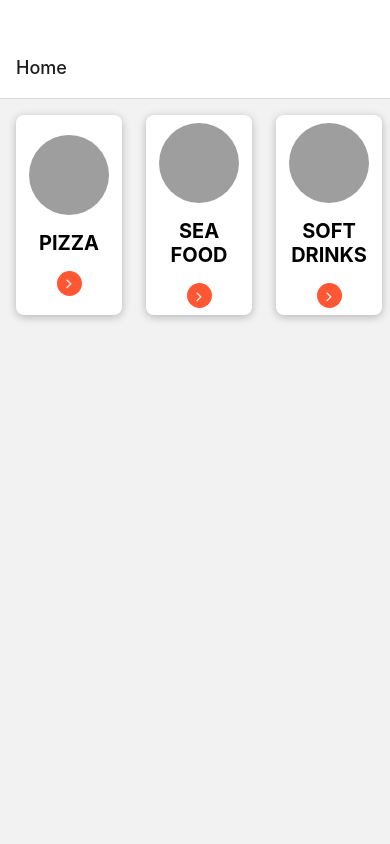
Repository: Esraa22M/ReactNative
Screen: /
These files come from the project's save history. The screen is drawn as it stood at one moment and after the next save; the edit follows.
Pictures or frames that could not be fetched are drawn as grey boxes. The app was drawn by React Native's web renderer in a window 390 px wide. The project was rebuilt for these pictures with package versions that can differ from the ones it lists, and the page was loaded fresh each time. Also part of the build but not shown: src/components/header/header.component.js, src/colors/front-screen-colors/user-auth-colors.js, src/components/header/header.styles.js, src/components/textInput/textInput.styles.js, src/components/textInput/textInput.components.jsx, src/components/singup-form-body/singup-form-body.components.js, src/screens/front-screen/Singup/singup-screen.screens.jsx, src/authentication/api/login-info.js and 2 more.

Above is the screen before, as saved 2023-09-21 02:53:27.

### App.js
import { SafeAreaView } from "react-native";
import { singupStyles } from "./src/screens/front-screen/Singup/singup-screen.styles";
import { Singup } from "./src/screens/front-screen/Singup/singup-screen.screens";
import UserCard from "./src/screens/front-screen/user-card/user-card.screens";
import { NavigationContainer } from "@react-navigation/native";
import { createStackNavigator } from "@react-navigation/stack";
import { Home } from "./src/screens/front-screen/home/home.screens";
const Stack = createStackNavigator();
export default function App() {
  return (
    <SafeAreaView style={singupStyles.container}>
      {/* <UserCard /> */}
      <NavigationContainer>
        <Stack.Navigator>
          <Stack.Screen name="Home" component={Home} />
        </Stack.Navigator>
      </NavigationContainer>
    </SafeAreaView>
  );
}

### src/screens/front-screen/Singup/singup-screen.styles.jsx
import { StyleSheet } from "react-native";
export const singupStyles = StyleSheet.create({
  container: { flex: 1, marginTop: 35 },
});

### src/screens/front-screen/home/home.screens.js
import { View, Text } from "react-native";
import { Categories } from "../../../components/categories/categories.components";
export const Home = () => {
  return (
    <>
      <Categories />
    </>
  );
};

### src/components/categories/categories.components.js
import { categories } from "../../data/dummay__data";
import { FlatList } from "react-native";
import { CategoryItem } from "./category-item.components";
export const Categories = () => {
  function renderCategoryItem(itemData) {
    return <CategoryItem item={itemData.item} />;
  }
  return (
    <FlatList
      numColumns={3}
      data={categories}
      renderItem={renderCategoryItem}
      keyExtractor={(item) => item.id}
    />
  );
};

### src/data/dummay__data.js
import { Category } from "../modal/category.modals";
export const categories = [
  new Category(
    "1pizza",
    "Pizza",
    "https://img.freepik.com/free-vector/flying-slice-pizza-cartoon-vector-illustration-fast-food-concept-isolated-vector-flat-cartoon-style_138676-1934.jpg?w=740&t=st=1695067102~exp=1695067702~hmac=7d47136b0dff2be87480dc1a22a28658daa67f706d90b59d117303a312dc6c16"
  ),
  new Category(
    "sea_food2",
    "sea food",
    "https://img.freepik.com/free-vector/seafood-products-set_98292-1624.jpg?w=740&t=st=1695067277~exp=1695067877~hmac=62082bdd900b5c830349f2bb8f3cd3466fcfb5395c4f24459194aeaeb256cb2c"
  ),
  new Category(
    "3softDrinks",
    "soft drinks",
    "https://img.freepik.com/free-vector/soda-cups-drink_24877-57922.jpg?w=740&t=st=1695067422~exp=1695068022~hmac=60b80d144880f8a8413a85c867ecfc35a38170c71354acfc84aa5b82ae30d594"
  ),
];

### src/components/categories/category-item.components.js
import { View, Text, Image, StyleSheet, Pressable } from "react-native";
import { HomeColors } from "../../colors/front-screen-colors/home-colors";
import { IconButton } from "../icon-button/icon-button.components";
export const CategoryItem = ({ item }) => {
  const { name, image } = item;
  console.log(item);
  return (
    <View style={styles.container}>
      <Pressable>
        <View style={styles.imageContainer}>
          <Image source={{ uri: image }} style={styles.image} />
        </View>
        <Text style={styles.categoryName}>{name}</Text>
        <View style={styles.iconContainer}>
          <IconButton
            name="angle-right"
            size={16}
            style={styles.angleRight}
            color={"white"}
          />
        </View>
      </Pressable>
    </View>
  );
};
const styles = StyleSheet.create({
  container: {
    flex: 1,
    height: 200,
    justifyContent: "space-around",
    flexDirection: "column",
    backgroundColor: HomeColors.LIGHT_COLOR,
    alignItems: "center",
    shadowColor: "black",
    shadowOpacity: 0.25,
    shadowOffset: { width: 0, height: 2 },
    shadowRadius: 8,
    marginVertical: 16,
    marginLeft: 16,
    marginRight: 8,
    elevation: 4,
    borderRadius: 8,
  },
  imageContainer: {
    justifyContent: "center",
    alignItems: "center",
  },
  image: { width: 80, height: 80, borderRadius: 80 / 2, margin: 8 },
  categoryName: {
    textTransform: "uppercase",
    justifyContent: "center",
    textAlign: "center",
    alignItems: "center",
    flexDirection: "column",
    fontWeight: "bold",
    fontSize: 20,
    margin: 8,
  },
  angleRight: {
    backgroundColor: HomeColors.DARK_COLOR,
    alignItems: "center",
    justifyContent: "center",
    width: 25,
    height: 25,
    borderRadius: 25 / 2,
  },
  iconContainer: {
    justifyContent: "center",
    alignItems: "center",
    textAlign: "center",
    margin: 8,
  },
});

### src/modal/category.modals.js
export class Category {
  constructor(id, name, image) {
    this.id = id;
    this.name = name;
    this.image = image;
  }
}

### src/colors/front-screen-colors/home-colors.js
export const HomeColors = {
  LIGHT_COLOR: "white",
  ACTIVE_COLOR: "#FFBF00",
  DARK_COLOR: "#FF5733",
};

### src/components/icon-button/icon-button.components.js
import { Pressable, StyleSheet } from "react-native";
import { FontAwesome } from "@expo/vector-icons";
export const IconButton = ({ name, color, size, ...props }) => {
  return (
    <Pressable {...props}>
      <FontAwesome name={name} size={size} color={color}></FontAwesome>
    </Pressable>
  );
};

After the next save:
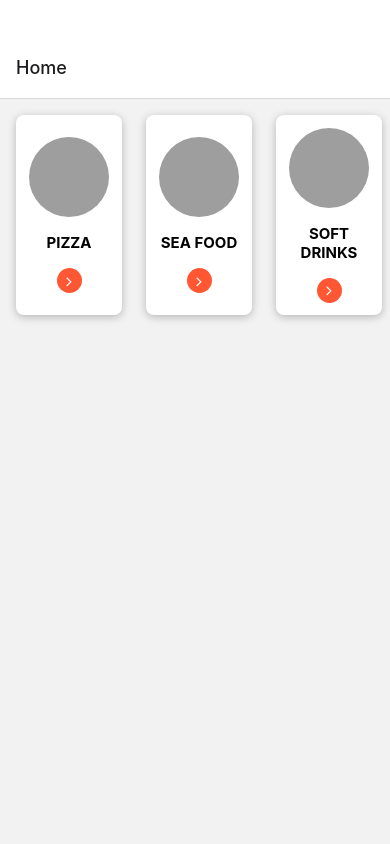
Saved 9 s later.
--- a/src/components/categories/category-item.components.js
+++ b/src/components/categories/category-item.components.js
@@ -53,7 +53,7 @@ const styles = StyleSheet.create({
     alignItems: "center",
     flexDirection: "column",
     fontWeight: "bold",
-    fontSize: 20,
+    fontSize: 15,
     margin: 8,
   },
   angleRight: {
